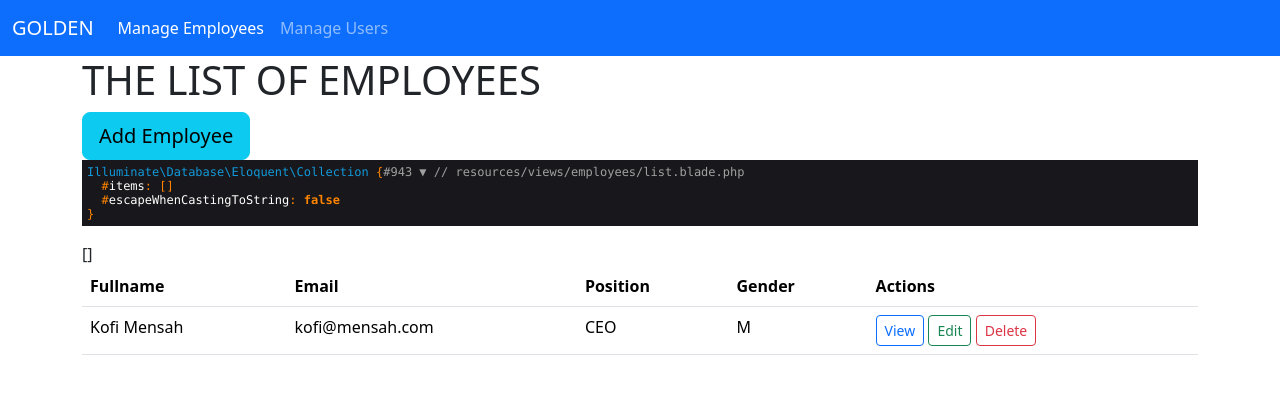
Repository: owuraku/DBC28.1
Page: http://localhost/employees
The author's editor kept a copy of each file at every save. The page is drawn from the files as they stood at one save, then again after the next save.
The browser window is 1280 px wide. The pictures show the whole page.
The page is served by the project's Laravel application, run on PHP 8.4 with Laravel 10. Queries for data that is not in the repository find no rows.

Above is the page before, as saved 2023-05-23 10:24:42.

After the next save:
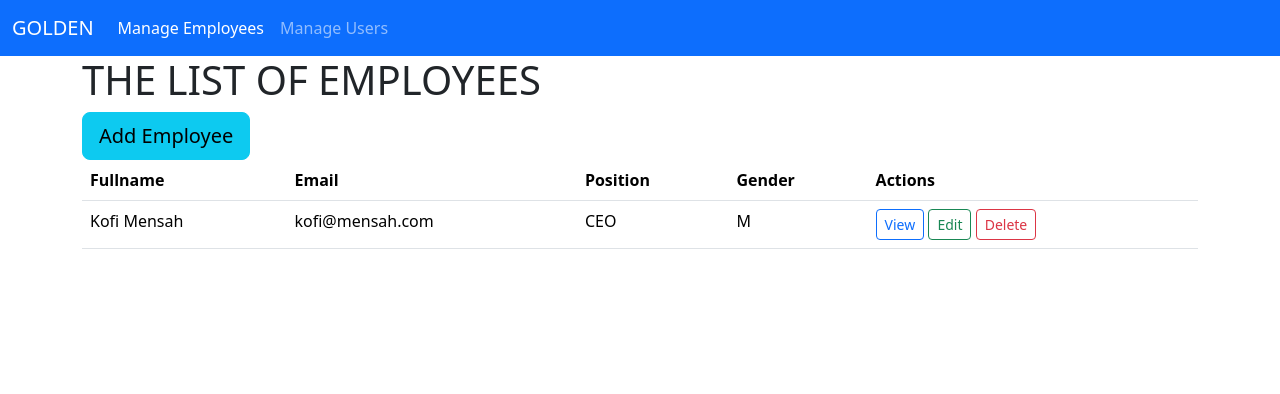
Saved 44 min 53 s later.
--- a/resources/views/employees/list.blade.php
+++ b/resources/views/employees/list.blade.php
@@ -5,7 +5,6 @@
 @section('content')
     <h1>THE LIST OF EMPLOYEES</h1>
     <a href="{{ route('employees.create') }}" class="btn btn-info btn-lg">Add Employee</a>
-    {{ dump($employees) }}
     <table class="table">
         <thead>
             <tr>
